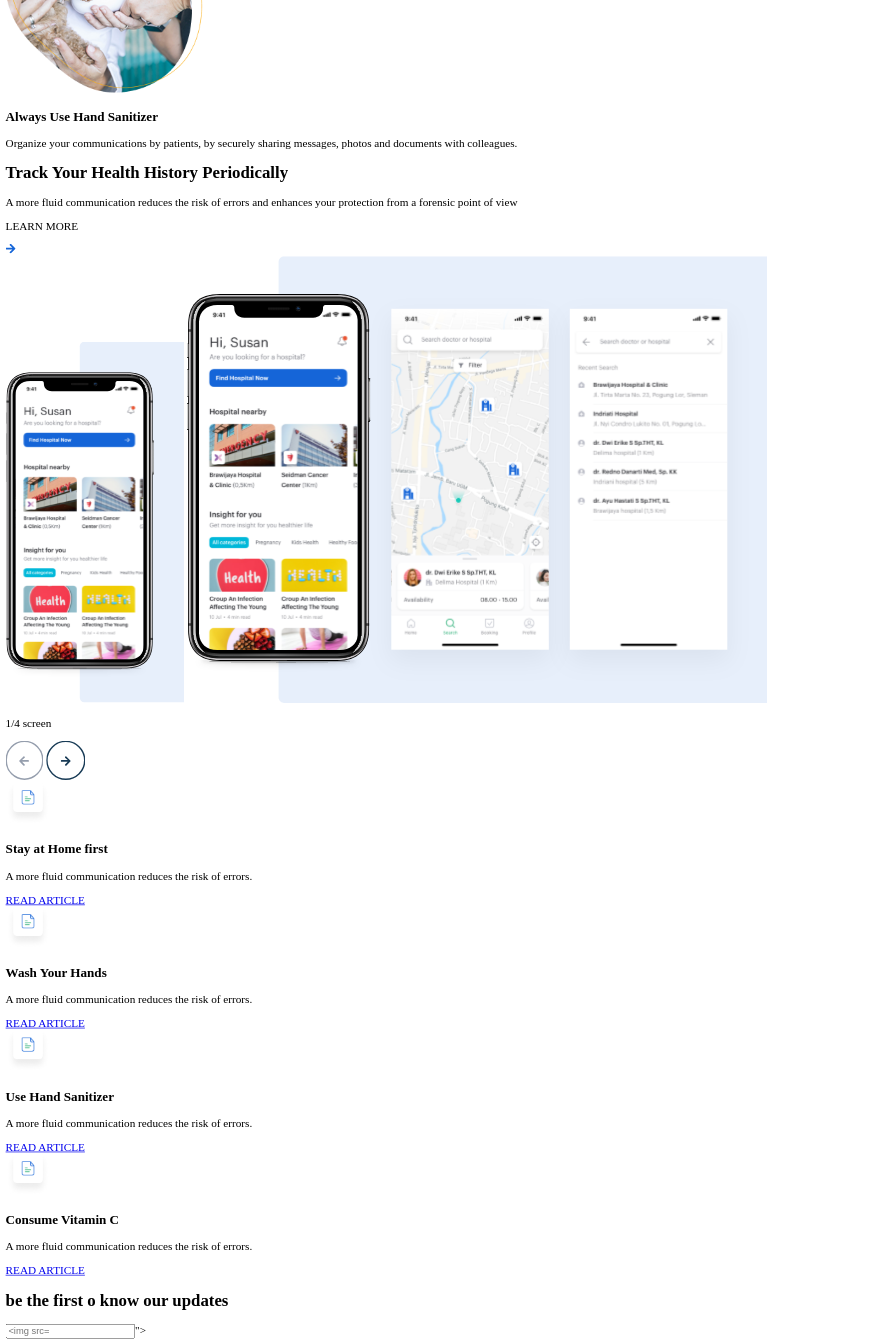
Repository: Esttevo/prova-html-css
Page: index.html
An editor plug-in stored every save of this project. The page is shown before and after the next save, followed by the edit.
The browser window is 1280 px wide. The pictures show the part of the page from y = 3453 to 5373 px (the page is 5373 px tall before and 5370 px after), at 70% of full size.
A picture or video elsewhere on the page could not be fetched, so the positions and the page height are approximate.

Above is the page before, as saved 2026-08-31 18:32:18.

### index.html
<!DOCTYPE html>
<html lang="en">
<head>
    <meta charset="UTF-8">
    <meta name="viewport" content="width=device-width, initial-scale=1.0">
    <title>Document</title>
</head>
<body>
    <header>
        <img id="header-logo" src="img/icons/Logo.svg" alt="Logo escrita EHYA">

        <nav id="header-nav">
            <a class="no-chevron" href="#">Home</a>
            <a class="with-chevron" href="#">
                Landings
                <img src="img/icons/icon-chevron-down.svg" alt="indica que possui uma lista ao clicar">
            </a>
            <a class="with-chevron" href="#">
                Pages
                <img src="img/icons/icon-chevron-down.svg" alt="indica que possui uma lista ao clicar">
            </a>
            <a href="#">Docs</a>
            <a href="#">Help</a>
            <button>Get it now</button>
        </nav>

        <img src="img/icons/icon-menu-hamburger.svg" alt="Menu hamburger">
    </header>

    <main>
        <section id="section-hero">
            <div id="hero-text">
                <div class="estilization-bar"></div>

                <h4>
                    Changing the way you
                    go to healthcare
                </h4>

                <h1>
                    Primary Care
                    Designed for
                    Real Life
                </h1>

                <p>
                 Discuss patients,
                 share notes and documents
                 in a secure manner and be part
                 of a network of health professionals ready to
                 collaborate better.
                </p>

                <div id="subscribe">
                    <p id="email">
                        name@youremail.com
                    </p>

                    <button>
                        Subscribe
                    </button>
                </div>
            </div>
            <img src="img/image-hero.png" alt="4 medicos sorrindo e uma medica sobrepondo os 4">
        </section>

        <section id="section-connect">
            <div id="connect-tittle-subtittle">
                <h2>
                    Connect easily. Collaborate efficiently.
                </h2>

                 <p>
                    Rather than do things the
                    ypical way, we’ve created
                    a membership-based primary
                    care practice truly designed
                    around your needs.
                </p>
            </div>

           <img src="img/Dashboard.svg" alt="dashboard de exemplo de um sistema de agendamento">

           <div id="first-card-advantages">
                <h2>01</h2>
                <h3>For Doctor</h3>
                <p>
                    You get an in-house
                    team to guide and advocate
                    for you through questions
                </p>
           </div>

           <div id="second-card-advantages">
                <h2>02</h2>
                <h3>For Patient</h3>
                <p>
                    You get an in-house
                    team to guide and advocate
                    for you through questions
                </p>
           </div>

           <div id="third-card-advantages">
                <h2>03</h2>
                <h3>For Clinician</h3>
                <p>
                    You get an in-house
                    team to guide and advocate
                    for you through questions
                </p>
           </div>
        </section>

        <section id="section-protect">
            <h2>
                Protect yourself and your family first.
            </h2>

            <div id="protect-content-tips">
                <div class="content-tips-card">
                    <img src="img/icons/icon-house.svg" alt="Casa">

                    <h3>
                        Stay at Home first
                    </h3>

                    <p>
                        Our technology makes
                        it practically impossible
                        for any patient data breach to occur
                    </p>
                </div>

                <div class="content-tips-card">
                    <img src="img/icons/icon-hand.svg" alt="Lavando a mao">

                    <h3>
                        Wash Your Hands Periodically
                    </h3>

                    <p>
                        You can talk freely and confidently
                        about patients with other health professionals
                         treating them
                    </p>
                </div>

                <div class="content-tips-card">
                    <img src="img/icons/icon-remedy.svg" alt="pilula de remedio">

                    <h3>
                        Consume more Vitamin C
                    </h3>

                    <p>
                        A more fluid communication reduces
                        the risk of errors and enhances your
                        protection from a forensic point of view
                    </p>
                </div>

                <div class="content-tips-card">
                    <img src="img/icons/icon-medicament.svg" alt="Caixa de remedio">

                    <h3>
                        Always Use Hand Sanitizer
                    </h3>

                    <p>
                        Organize your communications
                        by patients, by securely sharing
                        messages, photos and documents
                        with colleagues.
                    </p>
                </div>
            </div>
        </section>

        <section id="section-modern">
            <h2>
                Modern clinics.
                Smart, hassle
                -free care.
            </h2>

            <div id="first-and-second-content">
                <div class="modern-content-img-text">
                    <img src="img/image-medic.svg" alt="equipamentos de medico">
                    <h3>
                        Consume more Vitamin C
                    </h3>

                    <p>
                        A more fluid communication reduces
                        the risk of errors and enhances your
                        protection from a forensic point of view
                    </p>
                </div>

                <div class="modern-content-img-text">
                    <img src="img/image-kid.png" alt="Criança caminhando de mão dada">
                    <h3>
                        Wash Your Hands Periodically
                    </h3>

                    <p>
                        You can talk freely and confidently
                        about patients with other health professionals
                         treating them
                    </p>
                </div>
            </div>

            <div id="third-and-fourth-content">
                <div class="modern-content-img-text">
                    <img src="img/image-dog.png" alt="cachorro tomando agua no colo">
                    <h3>
                        Always Use Hand Sanitizer
                    </h3>

                    <p>
                        Organize your communications
                        by patients, by securely sharing
                        messages, photos and documents
                        with colleagues.
                    </p>
                </div>
            </div>
        </section>

        <section id="section-health">
            <div class="health-content-text">
                <div class="estilization-bar"></div>

                <h2>
                     Track Your Health
                     History Periodically
                </h2>

                <p>
                 A more fluid communication reduces
                 the risk of errors and enhances your
                 protection from a forensic
                 point of view
                </p>

                <div id="learn-more">
                     <p>LEARN MORE</p>
                     <img src="img/icons/icon-arrow-right.svg" alt="seta para a direita, clique para ler mais">
                </div>
            </div>

           <img id="image-mobile" src="img/image-health-mobile.svg" alt="iphone em um site de localização de hospitais com mapa e busca">
            <img id="image-desktop" src="img/image-health-desktop.svg" alt="iphone em um site de localização de hospitais com mapa e busca">
           <div id="count-pages">
                <p>1/4 screen</p>

                <div id="img-arrow">
                    <img src="img/icons/icon-button-left.svg" alt="botão para tela da esquerda">
                    <img src="img/icons/icon-button-right.svg" alt="botão para tela da direita">
                </div>
           </div>
        </section>

        <section id="section-resources">
            <article class="selected-resources-card">
                <img src="img/icons/icon-docs.png" alt="simbolo de documento">

                <h3>Stay at Home first</h3>

                <p>
                    A more fluid communication
                    reduces the risk of errors.
                </p>

                <a href="#">
                    READ ARTICLE
                </a>
            </article>

            <article class="resources-card">
                <img src="img/icons/icon-docs.png" alt="simbolo de documento">

                <h3>
                    Wash Your Hands
                </h3>

                <p>
                    A more fluid communication
                    reduces the risk of errors.
                </p>

                <a href="#">
                    READ ARTICLE
                </a>
            </article>

            <article class="resources-card">
                <img src="img/icons/icon-docs.png" alt="simbolo de documento">

                <h3>Use Hand Sanitizer</h3>

                <p>
                    A more fluid communication
                    reduces the risk of errors.
                </p>

                <a href="#">
                    READ ARTICLE
                </a>
            </article>

            <article class="resources-card">
                <img src="img/icons/icon-docs.png" alt="simbolo de documento">

                <h3>Consume Vitamin C</h3>

                <p>
                    A more fluid communication
                    reduces the risk of errors.
                </p>

                <a href="#">
                    READ ARTICLE
                </a>
            </article>
        </section>

        <section id="section-updates">
            <h2>be the first o know our updates</h2>

            <form action="#">

                <input  type="text" id="name" name="name" placeholder="<img src="img/icon-arrow-right.svg">">
            </form>
        </section>
    </main>
</body>
</html>

After the next save:
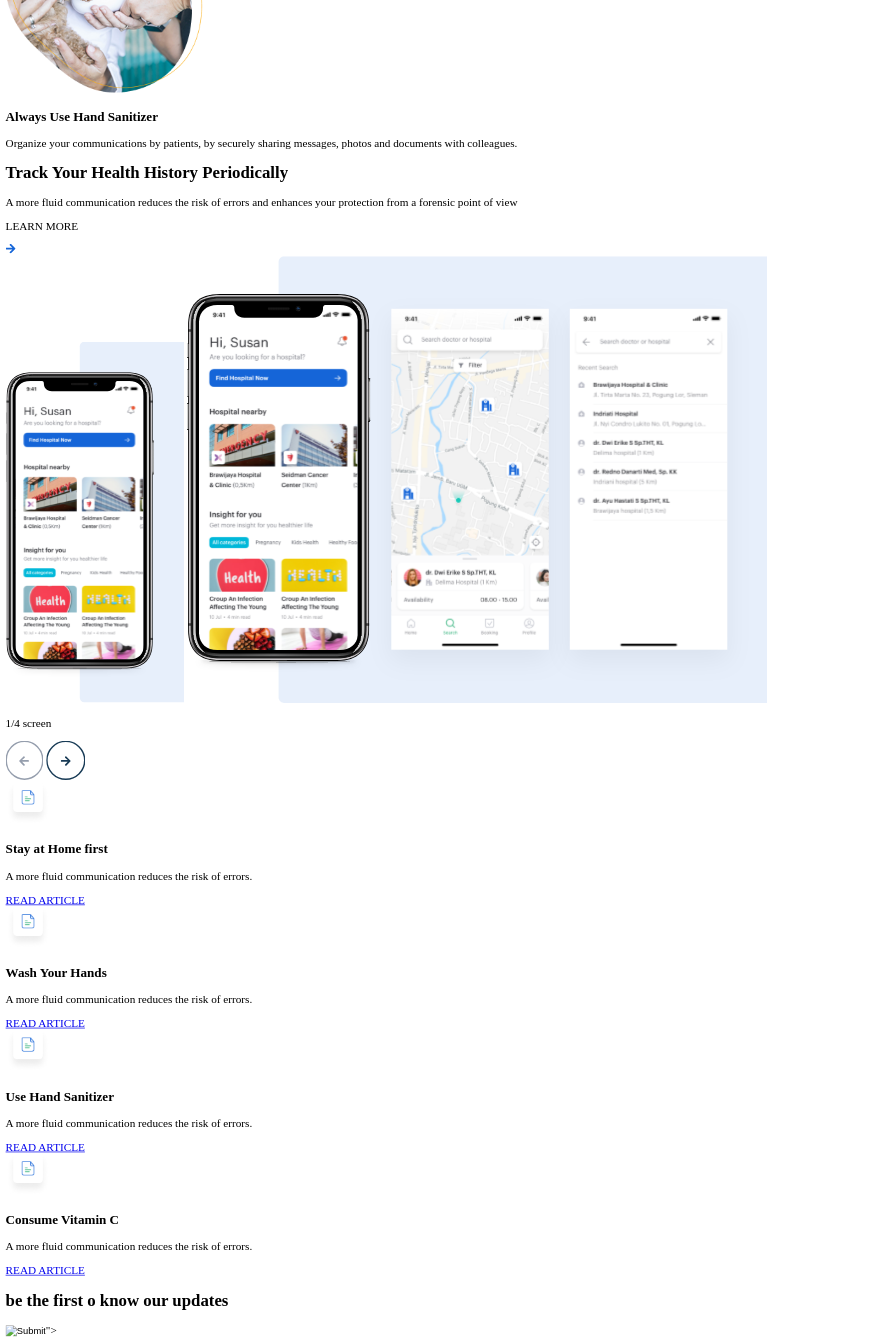
Saved 17 s later.
--- a/index.html
+++ b/index.html
@@ -332,7 +332,7 @@
 
             <form action="#">
 
-                <input  type="text" id="name" name="name" placeholder="<img src="img/icon-arrow-right.svg">">
+                <input  type="image" id="name" name="name" placeholder="<img src="img/icon-arrow-right.svg">">
             </form>
         </section>
     </main>

After the save that followed:
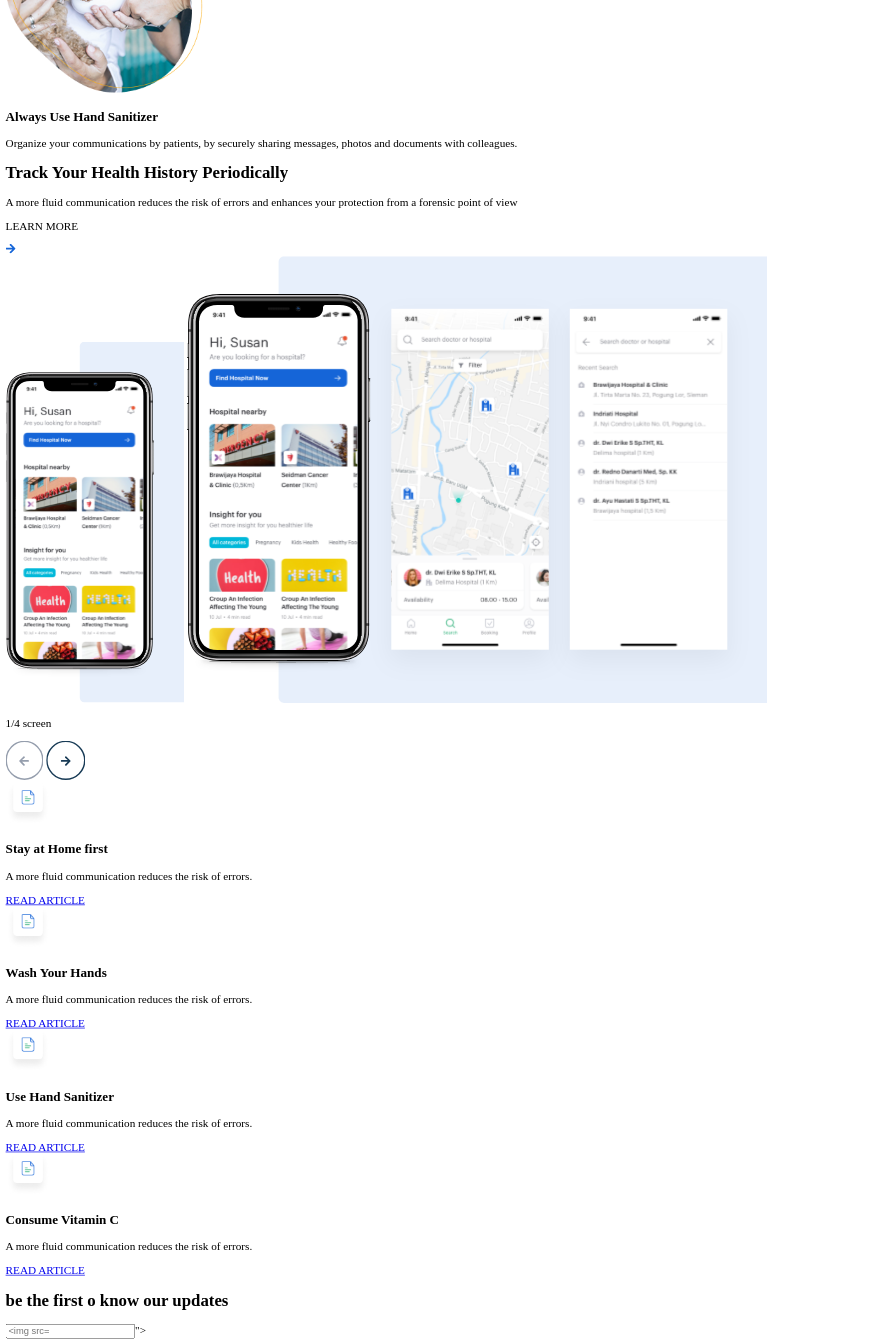
Saved 8 s later.
--- a/index.html
+++ b/index.html
@@ -332,7 +332,7 @@
 
             <form action="#">
 
-                <input  type="image" id="name" name="name" placeholder="<img src="img/icon-arrow-right.svg">">
+                <input  type="text" id="name" name="name" placeholder="<img src="img/icon-arrow-right.svg">">
             </form>
         </section>
     </main>
